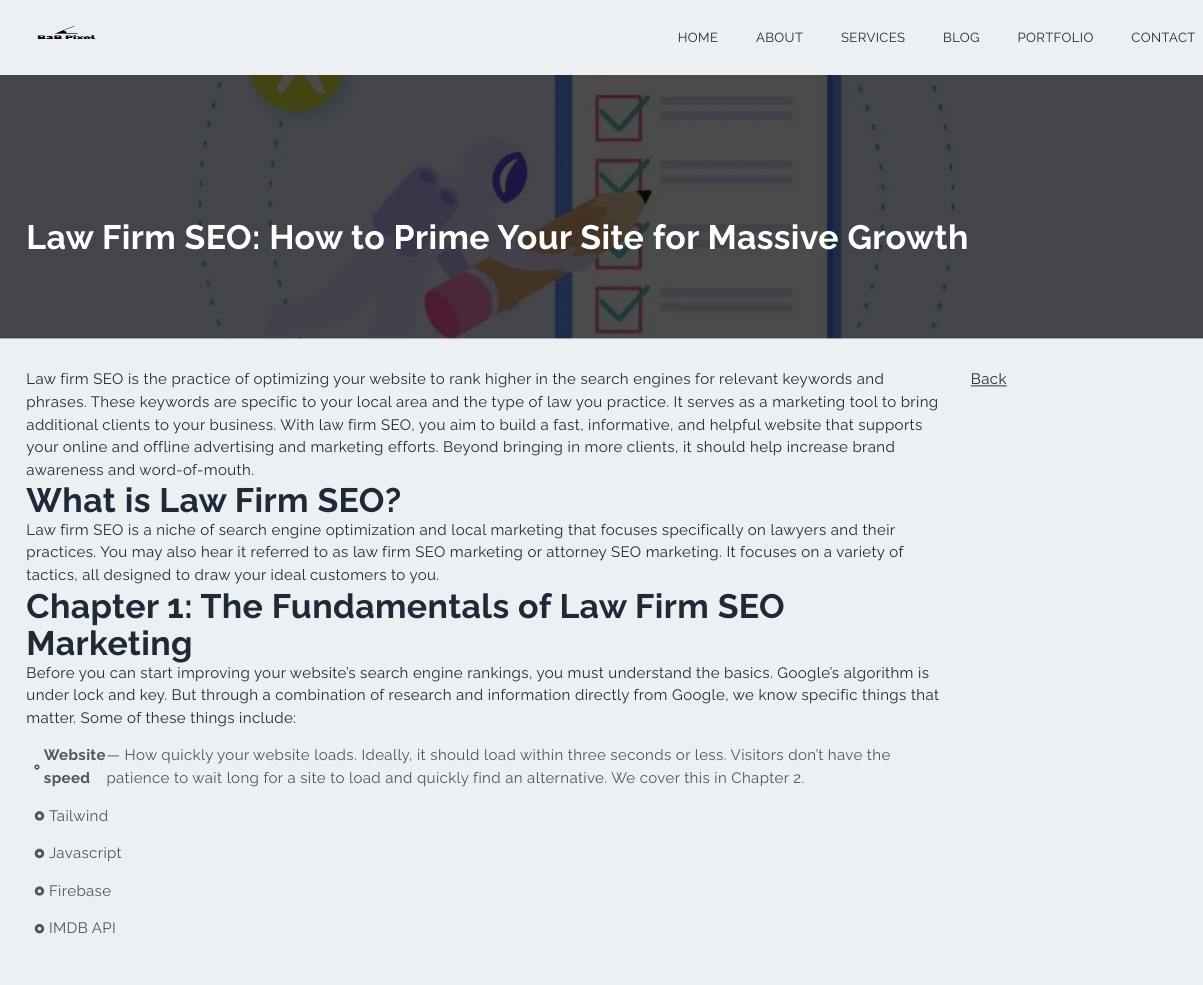
Repository: DID0101/nextjs.b2b
Page: /netflix
The author's editor kept a copy of each file at every save. The page is drawn from the files as they stood at one save, then again after the next save.
The browser window is 1280 px wide. The pictures show the whole page, at 94% of full size.
The project was rebuilt for these pictures with package versions that can differ from the ones it lists, and the page was loaded fresh each time. The framework's server and built-in components were replaced by stand-ins that run in the browser. Also part of the build but not shown: next.config.js.

Above is the page before, as saved 2024-01-22 03:23:37.

### pages/netflix.jsx
import Image from 'next/image';
import React from 'react';
import netflixImg from '../public/assets/projects/netflix.jpg';
import { RiRadioButtonFill } from 'react-icons/ri';
import Link from 'next/link';

const netflix = () => {
  return (
    <div className='w-full'>
      <div className='w-screen h-[50vh] relative'>
        <div className='absolute top-0 left-0 w-full h-[50vh] bg-black/70 z-10' />
        <Image
          className='absolute z-1'
          layout='fill'
          objectFit='cover'
          src={netflixImg}
          alt='/'
        />
        <div className='absolute top-[70%] max-w-[1240px] w-full left-[50%] right-[50%] translate-x-[-50%] translate-y-[-50%] text-white z-10 p-2'>
          <h2 className='py-2'>Law Firm SEO: How to Prime Your Site for Massive Growth</h2>
          {/* <h3>React JS / Tailwind / Firebase</h3> */}
        </div>
      </div>

      <div className='max-w-[1240px] mx-auto p-2 grid md:grid-cols-5 gap-8 py-8'>
        <div className='col-span-4'>
          {/* <p>Project</p> */}
          {/* <h2>Overview</h2> */}
          <p>
          Law firm SEO is the practice of optimizing your website to rank higher in the search engines for relevant keywords and phrases. These keywords are specific to your local area and the type of law you practice. It serves as a marketing tool to bring additional clients to your business.

With law firm SEO, you aim to build a fast, informative, and helpful website that supports your online and offline advertising and marketing efforts. Beyond bringing in more clients, it should help increase brand awareness and word-of-mouth.
          </p>
          <p>

          </p>
          <h2>What is Law Firm SEO?</h2>
          <p> </p>
          <p>Law firm SEO is a niche of search engine optimization and local marketing that focuses specifically on lawyers and their practices. You may also hear it referred to as law firm SEO marketing or attorney SEO marketing. It focuses on a variety of tactics, all designed to draw your ideal customers to you.</p>
            <p> </p>
            <h2>Chapter 1: The Fundamentals of Law Firm SEO Marketing</h2>
            <p> </p>
            <p>Before you can start improving your website’s search engine rankings, you must understand the basics. Google’s algorithm is under lock and key. But through a combination of research and information directly from Google, we know specific things that matter. Some of these things include:</p>
               <p>

               </p>
               <div className='p-2'>

            <div className='grid grid-cols-3 md:grid-cols-1'>
              <p className='text-gray-600 py-2 flex items-center'>
                <RiRadioButtonFill className='pr-1' /> <h4>Website speed </h4>— How quickly your website loads. Ideally, it should load within three seconds or less. Visitors don’t have the patience to wait long for a site to load and quickly find an alternative. We cover this in Chapter 2.
              </p>
              <p className='text-gray-600 py-2 flex items-center'>
                <RiRadioButtonFill className='pr-1' /> Tailwind
              </p>
              <p className='text-gray-600 py-2 flex items-center'>
                <RiRadioButtonFill className='pr-1' /> Javascript
              </p>
              <p className='text-gray-600 py-2 flex items-center'>
                <RiRadioButtonFill className='pr-1' /> Firebase
              </p>
              <p className='text-gray-600 py-2 flex items-center'>
                <RiRadioButtonFill className='pr-1' /> IMDB API
              </p>
            </div>
          </div>


          {/* <a
            href='https://github.com/fireclint/netflix-react-tailwind'
            target='_blank'
            rel='noreferrer'
          >
            <button className='px-8 py-2 mt-4 mr-8'>Code</button>
          </a>
          <a
            href='https://fireclint.github.io/netflix-react-tailwind/'
            target='_blank'
            rel='noreferrer'
          >
            <button className='px-8 py-2 mt-4'>Demo</button>
          </a> */}
        </div>
        {/* <div className='col-span-4 md:col-span-1 shadow-xl shadow-gray-400 rounded-xl py-4'>
          <div className='p-2'>
            <p className='text-center font-bold pb-2'>Technologies</p>
            <div className='grid grid-cols-3 md:grid-cols-1'>
              <p className='text-gray-600 py-2 flex items-center'>
                <RiRadioButtonFill className='pr-1' /> React
              </p>
              <p className='text-gray-600 py-2 flex items-center'>
                <RiRadioButtonFill className='pr-1' /> Tailwind
              </p>
              <p className='text-gray-600 py-2 flex items-center'>
                <RiRadioButtonFill className='pr-1' /> Javascript
              </p>
              <p className='text-gray-600 py-2 flex items-center'>
                <RiRadioButtonFill className='pr-1' /> Firebase
              </p>
              <p className='text-gray-600 py-2 flex items-center'>
                <RiRadioButtonFill className='pr-1' /> IMDB API
              </p>
            </div>
          </div>
        </div> */}
        <Link href='/#projects'>
          <p className='underline cursor-pointer'>Back</p>
        </Link>
      </div>
    </div>
  );
};

export default netflix;

### components/Navbar.jsx
import Image from 'next/image';
import Link from 'next/link';
import React, { useState, useEffect } from 'react';
import { AiOutlineClose, AiOutlineMail, AiOutlineMenu } from 'react-icons/ai';
import { FaGithub, FaLinkedinIn } from 'react-icons/fa';
import { BsFillPersonLinesFill } from 'react-icons/bs';
// import { useRouter } from 'next/router';
import NavLogo from '../public/assets/navLogo.png'

const Navbar = () => {
  const [nav, setNav] = useState(false);
  const [shadow, setShadow] = useState(false);
  const [navBg, setNavBg] = useState('#ecf0f3');
  const [linkColor, setLinkColor] = useState('#1f2937');
  // const [position, setPosition] = useState('fixed')
  // const router = useRouter();

  // useEffect(() => {
  //   if (
  //     router.asPath === '/property' ||
  //     router.asPath === '/crypto' ||
  //     router.asPath === '/netflix' ||
  //     router.asPath === '/twitch'
  //   ) {
  //     setNavBg('transparent');
  //     setLinkColor('#ecf0f3');
  //   } else {
  //     setNavBg('#ecf0f3');
  //     setLinkColor('#1f2937');
  //   }
  // }, [router]);

  const handleNav = () => {
    setNav(!nav);
  };

  useEffect(() => {
    const handleShadow = () => {
      if (window.scrollY >= 90) {
        setShadow(true);
      } else {
        setShadow(false);
      }
    };
    window.addEventListener('scroll', handleShadow);
  }, []);

  return (
    <div
      style={{ backgroundColor: `${navBg}` }}
      className={
        shadow
          ? 'fixed w-full h-20 shadow-xl z-[100] ease-in-out duration-300'
          : 'fixed w-full h-20 z-[100]'
      }
    >
      <div className='flex justify-between items-center w-full h-full px-2 2xl:px-16'>
        <Link href='/'>
          <a>
            <Image
              src={NavLogo}
              alt='/'
              width='125'
              height='50'
              className='cursor-pointer'
            />
          </a>
        </Link>
        <div>
          <ul style={{ color: `${linkColor}` }} className='hidden md:flex'>
            <li className='ml-10 text-sm uppercase hover:border-b'>
              <Link href='/'>Home</Link>
            </li>
            <li className='ml-10 text-sm uppercase hover:border-b'>
              <Link href='/#about'>About</Link>
            </li>
            <li className='ml-10 text-sm uppercase hover:border-b'>
              <Link href='/#skills'>Services</Link>
            </li>
            <li className='ml-10 text-sm uppercase hover:border-b'>
              <Link href='/#projects'>Blog</Link>
            </li>
            <li className='ml-10 text-sm uppercase hover:border-b'>
              <Link href='/resume'>Portfolio</Link>
            </li>
            <li className='ml-10 text-sm uppercase hover:border-b'>
              <Link href='/#contact'>Contact</Link>
            </li>
          </ul>
          {/* Hamburger Icon */}
          <div
            style={{ color: `${linkColor}` }}
            onClick={handleNav}
            className='md:hidden'
          >
            <AiOutlineMenu size={25} />
          </div>
        </div>
      </div>

      {/* Mobile Menu */}
      {/* Overlay */}
      <div
        className={
          nav ? 'md:hidden fixed left-0 top-0 w-full h-screen bg-black/70' : ''
        }
      >
        {/* Side Drawer Menu */}
        <div
          className={
            nav
              ? ' fixed left-0 top-0 w-[75%] sm:w-[60%] md:w-[45%] h-screen bg-[#ecf0f3] p-10 ease-in duration-500'
              : 'fixed left-[-100%] top-0 p-10 ease-in duration-500'
          }
        >
          <div>
            <div className='flex w-full items-center justify-between'>
              <Link href='/'>
                <a>
                  <Image
                    src={NavLogo}
                    width='87'
                    height='35'
                    alt='/'
                  />
                </a>
              </Link>
              <div
                onClick={handleNav}
                className='rounded-full shadow-lg shadow-gray-400 p-3 cursor-pointer'
              >
                <AiOutlineClose />
              </div>
            </div>
            <div className='border-b border-gray-300 my-4'>
              <p className='w-[85%] md:w-[90%] py-4'>
                Let&#39;s build something legendary together
              </p>
            </div>
          </div>
          <div className='py-4 flex flex-col'>
            <ul className='uppercase'>
              <Link href='/'>
                <li onClick={() => setNav(false)} className='py-4 text-sm'>
                  Home
                </li>
              </Link>
              <Link href='/#about'>
                <li onClick={() => setNav(false)} className='py-4 text-sm'>
                  About
                </li>
              </Link>
              <Link href='/#skills'>
                <li onClick={() => setNav(false)} className='py-4 text-sm'>
                  Skills
                </li>
              </Link>
              <Link href='/#projects'>
                <li onClick={() => setNav(false)} className='py-4 text-sm'>
                  Projects
                </li>
              </Link>
              <Link href='/resume'>
                <li onClick={() => setNav(false)} className='py-4 text-sm'>
                  Resume
                </li>
              </Link>
              <Link href='/#contact'>
                <li onClick={() => setNav(false)} className='py-4 text-sm text-[#ac4d5a]'>
                  Save My Spot
                </li>
              </Link>
            </ul>
            <div className='pt-40'>
              <p className='uppercase tracking-widest text-[#5651e5]'>
                Let&#39;s Connect
              </p>
              <div className='flex items-center justify-between my-4 w-full sm:w-[80%]'>
                <a
                  href='https://www.linkedin.com/in/clint-briley-50056920a/'
                  target='_blank'
                  rel='noreferrer'
                >
                  <div className='rounded-full shadow-lg shadow-gray-400 p-3 cursor-pointer hover:scale-105 ease-in duration-300'>
                    <FaLinkedinIn />
                  </div>
                </a>
                <a
                  href='https://github.com/fireclint'
                  target='_blank'
                  rel='noreferrer'
                >
                  <div className='rounded-full shadow-lg shadow-gray-400 p-3 cursor-pointer hover:scale-105 ease-in duration-300'>
                    <FaGithub />
                  </div>
                </a>
                <Link href='/#contact'>
                  <div
                    onClick={() => setNav(!nav)}
                    className='rounded-full shadow-lg shadow-gray-400 p-3 cursor-pointer hover:scale-105 ease-in duration-300'
                  >
                    <AiOutlineMail />
                  </div>
                </Link>
                <Link href='/resume'>
                  <div
                    onClick={() => setNav(!nav)}
                    className='rounded-full shadow-lg shadow-gray-400 p-3 cursor-pointer hover:scale-105 ease-in duration-300'
                  >
                    <BsFillPersonLinesFill />
                  </div>
                </Link>
              </div>
            </div>
          </div>
        </div>
      </div>
    </div>
  );
};

export default Navbar;

Loaded but not shown: pages/_app.js (common file); pages/_document.js (common file); styles/globals.css (common file); tailwind.config.js (common file)

After the next save:
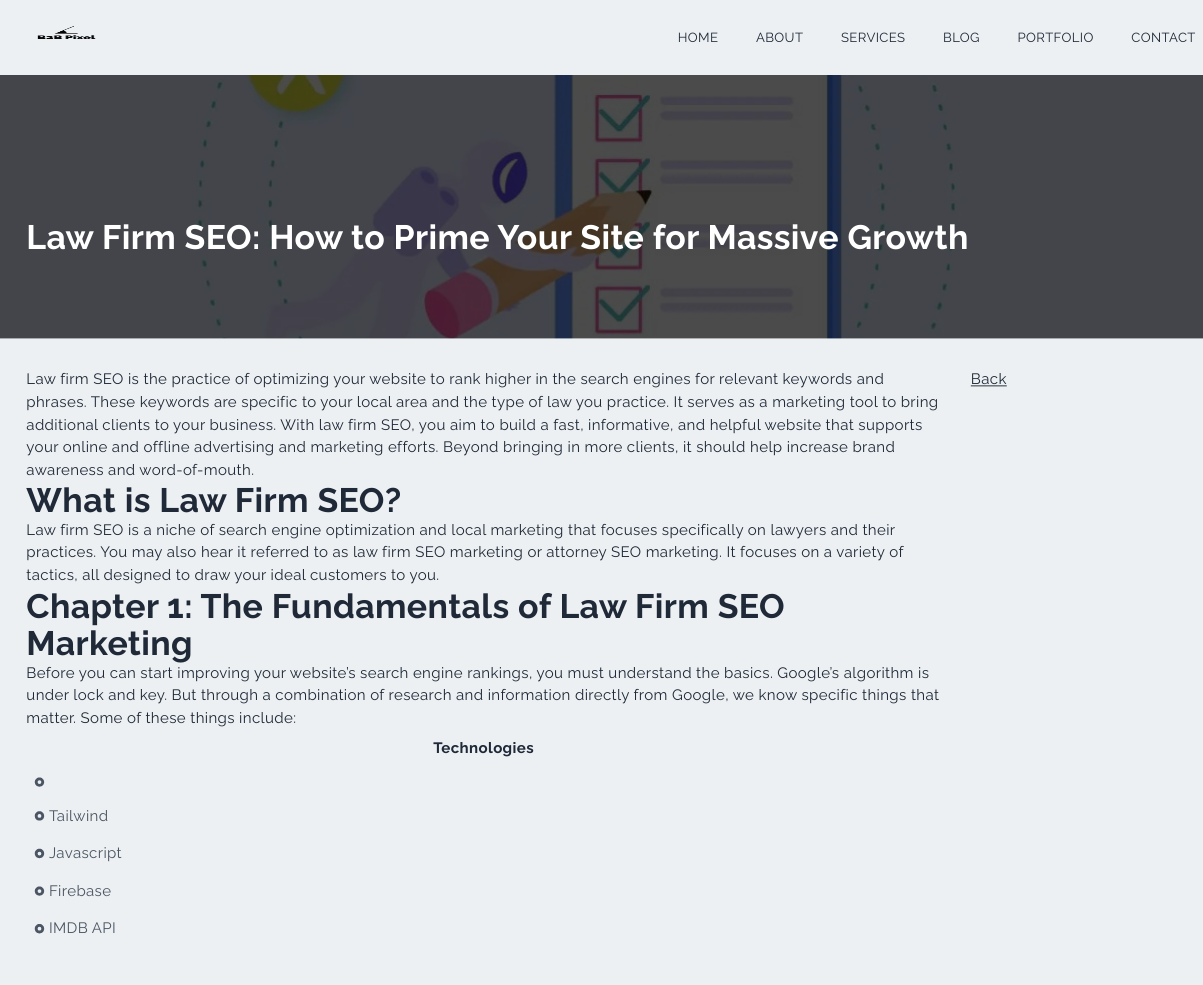
Saved 34 s later.
--- a/pages/netflix.jsx
+++ b/pages/netflix.jsx
@@ -45,10 +45,10 @@
 
                </p>
                <div className='p-2'>
-
+            <p className='text-center font-bold pb-2'>Technologies</p>
             <div className='grid grid-cols-3 md:grid-cols-1'>
               <p className='text-gray-600 py-2 flex items-center'>
-                <RiRadioButtonFill className='pr-1' /> <h4>Website speed </h4>— How quickly your website loads. Ideally, it should load within three seconds or less. Visitors don’t have the patience to wait long for a site to load and quickly find an alternative. We cover this in Chapter 2.
+                <RiRadioButtonFill className='pr-1' /> <h4></h4>
               </p>
               <p className='text-gray-600 py-2 flex items-center'>
                 <RiRadioButtonFill className='pr-1' /> Tailwind
